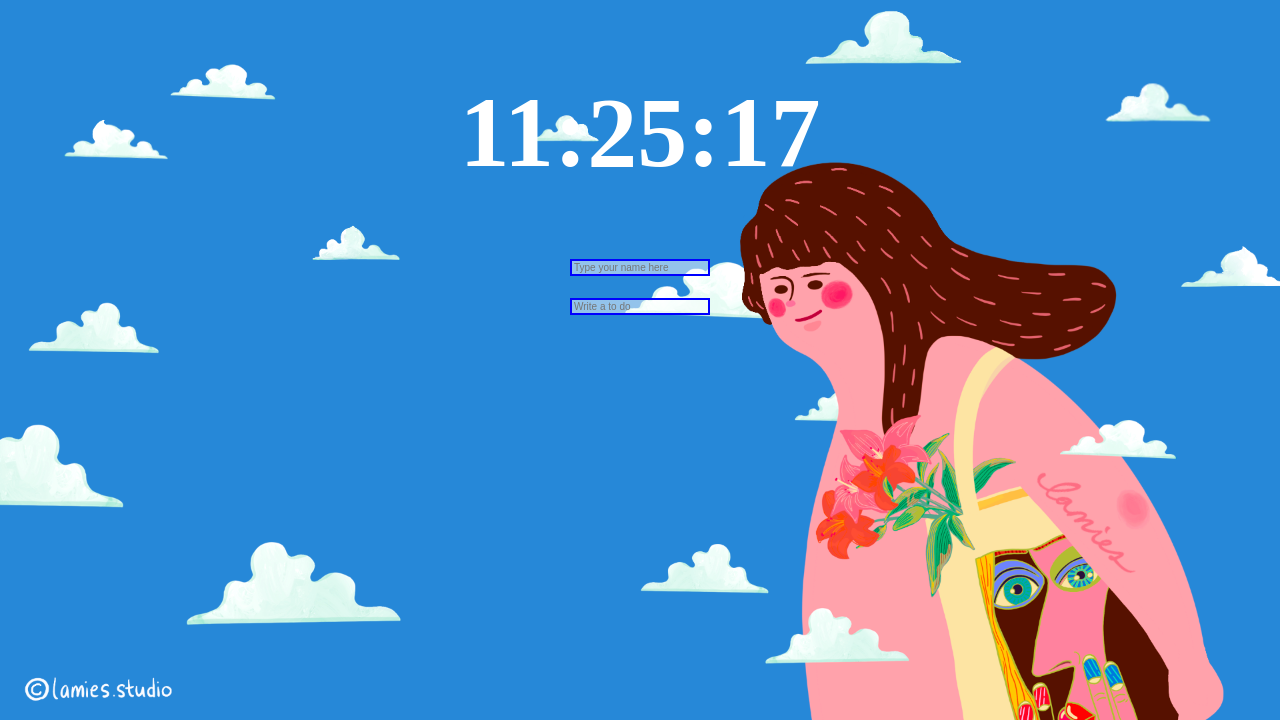
Repository: haleyjung/chrome_app
Page: index.html
The author's editor kept a copy of each file at every save. The page is drawn from the files as they stood at one save, then again after the next save.
The browser window is 1280 px wide. The pictures show the whole page.
Some web fonts or font styles are not loaded; a fallback is used.

Above is the page before, as saved 2020-11-23 15:26:39.

After the next save:
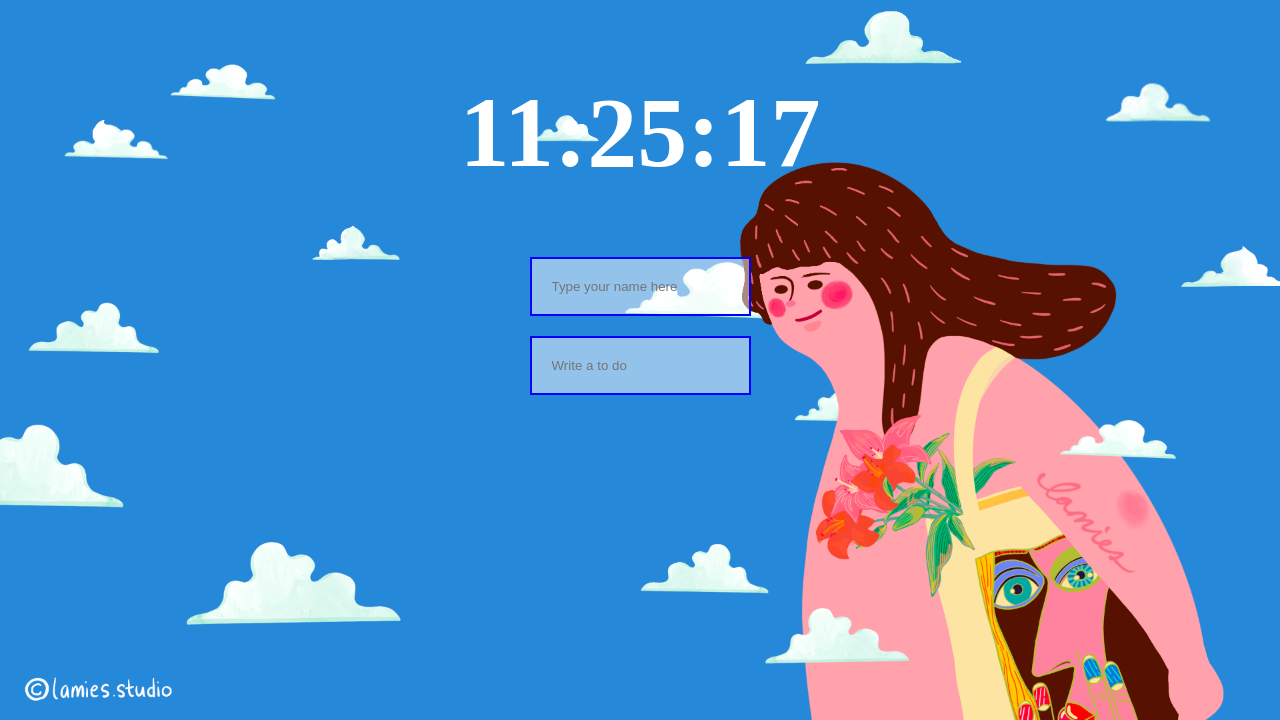
Saved 7 s later.
--- a/index.css
+++ b/index.css
@@ -30,7 +30,7 @@ input {
   border: 2px solid blue;
   margin-bottom: 20px;
   background-color: rgba(255, 255, 255, 0.5);
-  font-size: 10px;
+  padding: 20px;
 }
 
 .form,
